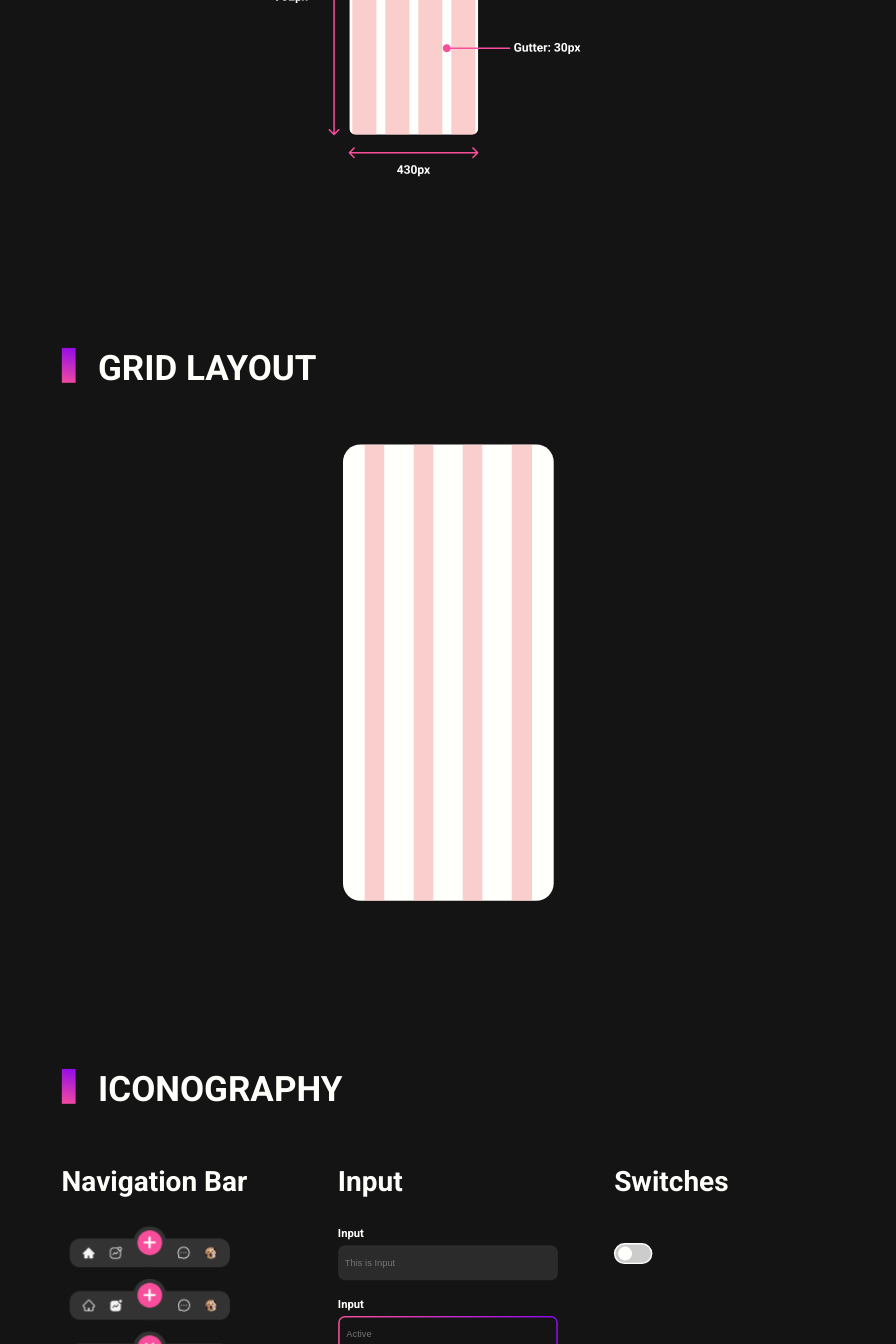
Repository: MonicaNguyenH/artflow_frontend_vanJS
Page: index.html
An editor plug-in stored every save of this project. The page is shown before and after the next save, followed by the edit.
The browser window is 1280 px wide. The pictures show the part of the page from y = 2847 to 4767 px (the page is 6020 px tall), at 70% of full size.
Some web fonts or font styles are not loaded; a fallback is used.

Above is the page before, as saved 2024-05-07 11:00:21.

After the next save:
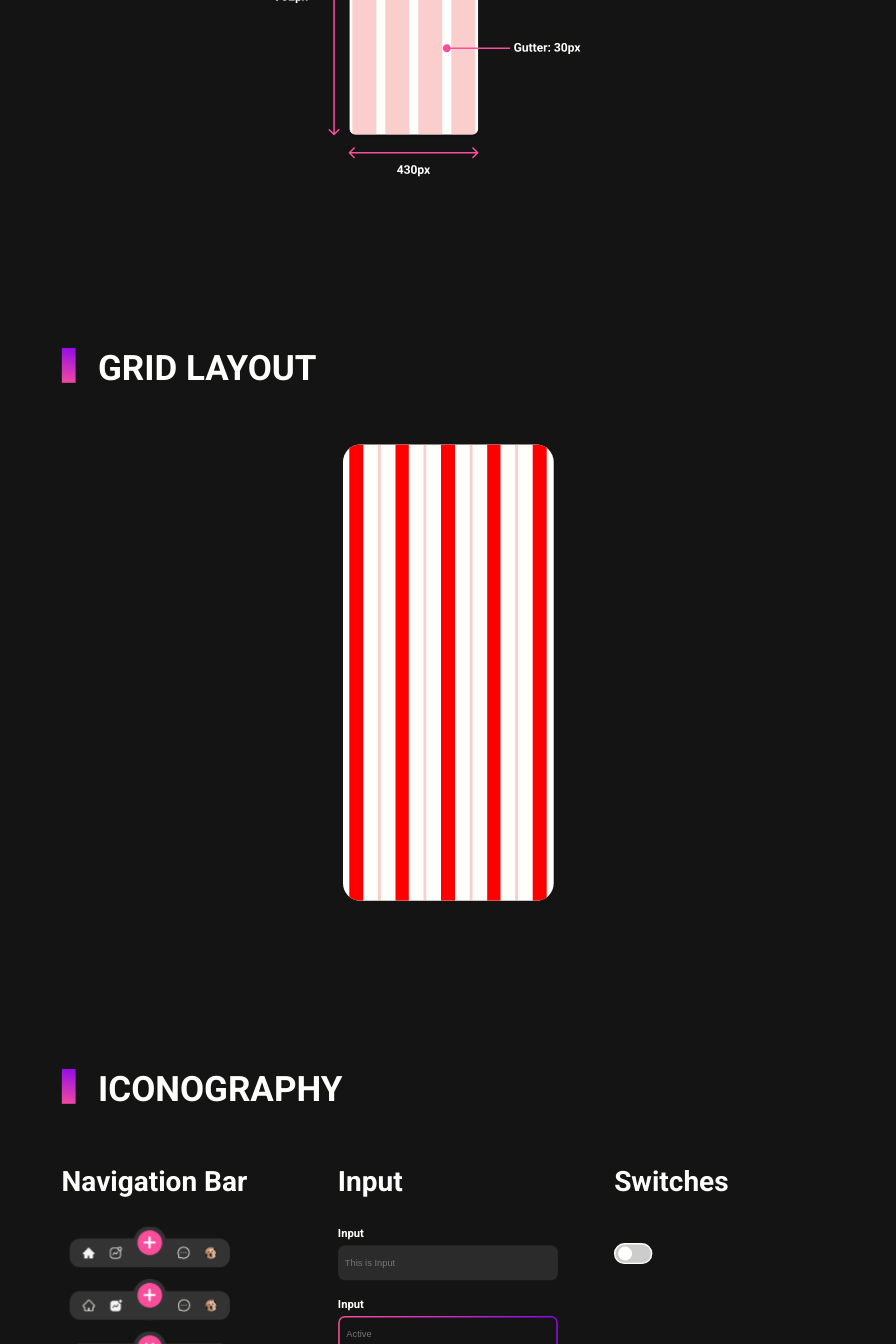
Saved 32 s later.
--- a/css/style.css
+++ b/css/style.css
@@ -508,6 +508,13 @@ input:checked + .slider:before {
     background: rgba(245, 158, 158, 0.50);
 }
 
+.grid-margin,
+.grid-gutter {
+    height: 652px;
+    width: 100%;
+    background-color: red;
+}
+
 
 
 /*********** ICONOGRAPHY **********/
